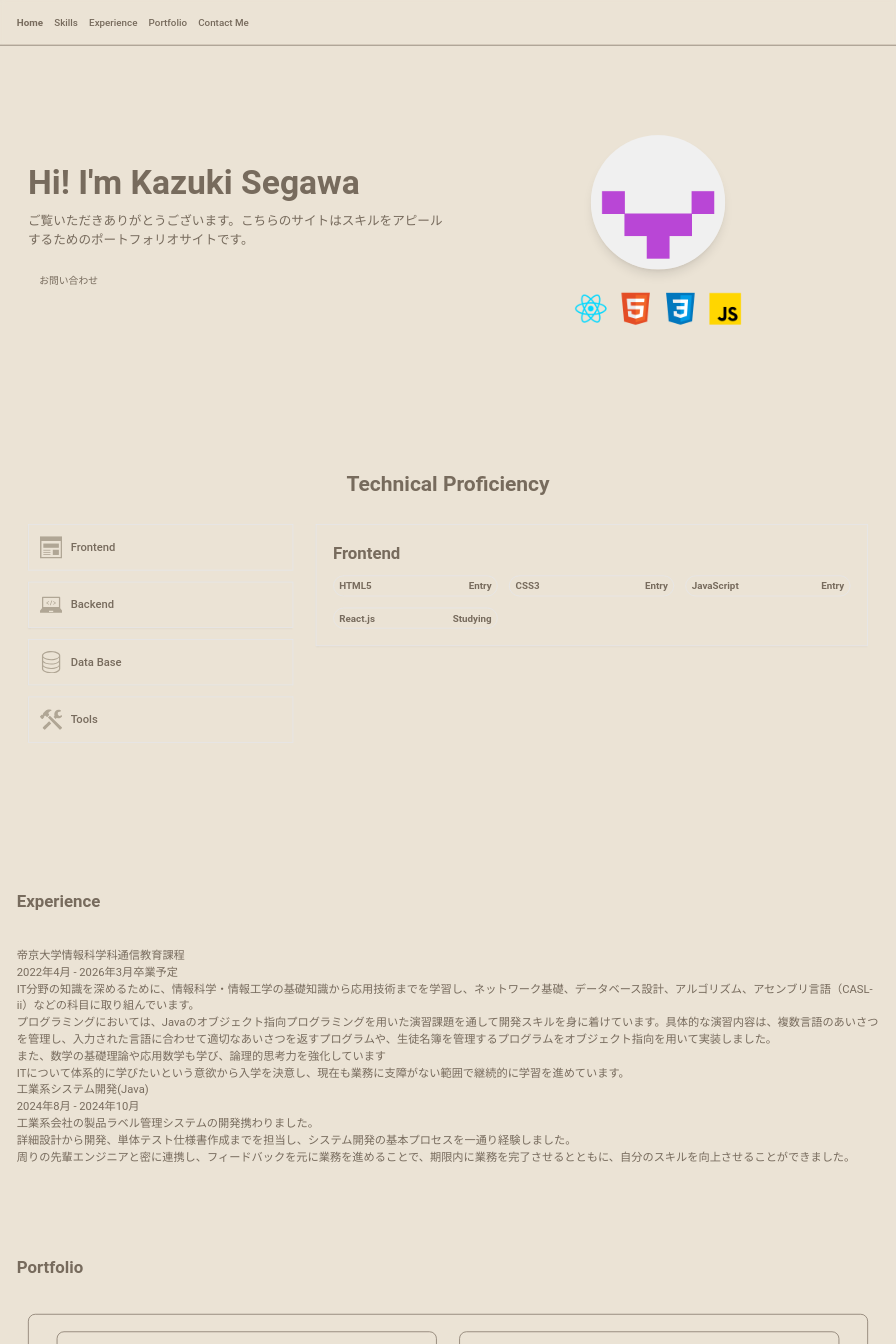
Repository: segawa74/SegawaSite
Page: /
The author's editor kept a copy of each file at every save. The page is drawn from the files as they stood at one save, then again after the next save.
The browser window is 1280 px wide. The pictures show the part of the page from y = 0 to 1920 px (the page is 2830 px tall before and 720 px after), at 70% of full size.
The project was rebuilt for these pictures with package versions that can differ from the ones it lists, and the page was loaded fresh each time. Also part of the build but not shown: vite.config.ts.

Above is the page before, as saved 2024-10-23 19:01:10.

### src/main.tsx
import { StrictMode } from "react";
import { createRoot } from "react-dom/client";
import App from "./App.js";
import "./index.css";
import "slick-carousel/slick/slick.css";
import "slick-carousel/slick/slick-theme.css";

const rootElement = document.getElementById("root");

if (rootElement) {
  createRoot(rootElement).render(
    <StrictMode>
      <App />
    </StrictMode>
  );
} else {
  console.error("Root element not found");
}

### src/App.tsx
import "./App.css";
import Hero from "./components/Hero/Hero";
import Navbar from "./components/Navbar/Navbar";
import Skills from "./components/Skills/Skills";
import Experience from "./components/Experience/Experience";
import Portfolio from "./components/Portfolio/Portfolio";
import ContactMe from "./components/ContactMe/ContactMe";
import Footer from "./components/Footer/Footer";

function App() {
  return (
    <>
      <Navbar />
      <div className="container">
        <Hero />
        <Skills />
        <Experience />
        <Portfolio />
        <ContactMe />
      </div>
      <Footer />
    </>
  );
}

export default App;

### src/index.css
@import url("https://fonts.googleapis.com/css2?family=Material+Symbols+Outlined");

@tailwind base;
@tailwind components;
@tailwind utilities;

* {
  font-family: Roboto, 'Noto Sans JP', sans-serif;
  margin: 0;
  box-sizing: border-box;
}

body {

  color: #776B5D;
  background-color: #EBE3D5;
}

### src/App.css
.container {
  max-width: 1300px !important;
  margin: 0 auto;
  position: relative;
}

@media (max-width: 1300px) {
  .container {
    padding: 0 1.5rem;
  }
}

@media (max-width: 1380px) {
  .container {
    padding: 0 1.5rem;
  }
}

### src/components/Hero/Hero.tsx
import { Button } from "@/components/ui/button";
import { motion } from "framer-motion";

const techIcons = [
  { src: "/assets/images/img01.png", alt: "Technology 1" },
  { src: "/assets/images/img02.png", alt: "Technology 2" },
  { src: "/assets/images/img03.png", alt: "Technology 3" },
  { src: "/assets/images/img04.png", alt: "Technology 4" },
];

const Hero: React.FC = () => {
  return (
    <section id="hero" className="py-20 md:py-32 bg-background">
      <div className="container mx-auto px-4 flex flex-col md:flex-row items-center justify-between">
        <motion.div
          initial={{ opacity: 0, y: 20 }}
          animate={{ opacity: 1, y: 0 }}
          transition={{ duration: 0.5 }}
          className="md:w-1/2 mb-10 md:mb-0"
        >
          <h1 className="text-4xl md:text-5xl font-bold mb-4 text-foreground">
            Hi! I&apos;m Kazuki Segawa
          </h1>
          <p className="text-lg mb-6 text-muted-foreground">
            ご覧いただきありがとうございます。こちらのサイトはスキルをアピールするためのポートフォリオサイトです。
          </p>
          <Button asChild>
            <a href="#contact">お問い合わせ</a>
          </Button>
        </motion.div>

        <motion.div
          initial={{ opacity: 0, scale: 0.9 }}
          animate={{ opacity: 1, scale: 1 }}
          transition={{ duration: 0.5 }}
          className="md:w-1/2 flex flex-col items-center"
        >
          <div className="relative mb-8">
            <img
              src="/assets/images/identicon.png"
              alt="Kazuki Segawa"
              className="w-48 h-48 rounded-full shadow-lg"
            />
          </div>
          <div className="grid grid-cols-4 gap-4">
            {techIcons.map((icon, index) => (
              <motion.div
                key={index}
                initial={{ opacity: 0, y: 20 }}
                animate={{ opacity: 1, y: 0 }}
                transition={{ duration: 0.5, delay: index * 0.1 }}
              >
                <img
                  src={icon.src}
                  alt={icon.alt}
                  className="w-12 h-12 object-contain"
                />
              </motion.div>
            ))}
          </div>
        </motion.div>
      </div>
    </section>
  );
};

export default Hero;

### src/components/Navbar/Navbar.tsx
"use client";

import * as React from "react";
import { Link } from "react-scroll";
import { Menu } from "lucide-react";
import { Button } from "@/components/ui/button";
import { Sheet, SheetContent, SheetTrigger } from "@/components/ui/sheet";
import { cn } from "@/lib/utils";

const menuItems = [
  { name: "Home", to: "hero", offset: -80 },
  { name: "Skills", to: "skills", offset: -120 },
  { name: "Experience", to: "exp", offset: -100 },
  { name: "Portfolio", to: "pf", offset: -100 },
  { name: "Contact Me", to: "contact-me", offset: -100 },
];

export function NavBar() {
  const [activeSection, setActiveSection] = React.useState("");

  const handleSetActive = (to: string) => {
    setActiveSection(to);
  };

  return (
    <nav className="sticky top-0 z-30 w-full backdrop-blur-sm bg-background/80 border-b border-border">
      <div className="container flex h-16 items-center justify-between">
        <div className="flex items-center space-x-4">
          {menuItems.map((item) => (
            <Link
              key={item.to}
              activeClass="text-primary font-semibold"
              to={item.to}
              spy={true}
              smooth={true}
              offset={item.offset}
              onSetActive={() => handleSetActive(item.to)}
              className={cn(
                "text-sm font-medium transition-colors hover:text-primary",
                activeSection === item.to
                  ? "text-primary font-semibold"
                  : "text-muted-foreground"
              )}
            >
              {item.name}
            </Link>
          ))}
        </div>
        <Sheet>
          <SheetTrigger asChild>
            <Button variant="outline" size="icon" className="md:hidden">
              <Menu className="h-5 w-5" />
              <span className="sr-only">Toggle menu</span>
            </Button>
          </SheetTrigger>
          <SheetContent side="right">
            <MobileNav />
          </SheetContent>
        </Sheet>
      </div>
    </nav>
  );
}

function MobileNav() {
  return (
    <div className="flex flex-col space-y-4 mt-4">
      {menuItems.map((item) => (
        <Link
          key={item.to}
          to={item.to}
          spy={true}
          smooth={true}
          offset={item.offset}
          className="text-sm font-medium transition-colors hover:text-primary"
        >
          {item.name}
        </Link>
      ))}
    </div>
  );
}

export default NavBar;

### src/components/Experience/Experience.tsx
import "./Experience.css";
import ExperienceCard from "./ExperienceCard/ExperienceCard";
import { EXPERIENCE } from "../../utils/data";

interface ExperienceDetails {
  title: string;
  date: string;
  responsibilities: string[];
}

const Experience: React.FC = () => {
  return (
    <section id="exp" className="experience-container">
      <h5>Experience</h5>

      <div className="experience-content">
        {EXPERIENCE.map((item: ExperienceDetails) => (
          <ExperienceCard key={item.title} details={item} />
        ))}
      </div>
    </section>
  );
};

export default Experience;

### src/components/Portfolio/Portfolio.tsx
import { useRef } from "react";
import "./Portfolio.css";
import { PORTFOLIO } from "../../utils/data";
import PortfolioCard from "./PortfolioCard/PortfolioCard";
import Slider from "react-slick";

interface PortfolioItem {
  title: string;
}

const Portfolio = () => {
  const sliderRef = useRef<Slider>(null);

  const settings = {
    dots: false,
    infinite: true,
    speed: 500,
    slidesToShow: 2,
    slidesToScroll: 1,
    arrows: true,
    responsive: [
      {
        breakpoint: 769,
        settings: {
          slidesToShow: 1,
          slidesToScroll: 1,
        },
      },
    ],
  };

  return (
    <section id="pf" className="portfolio-container">
      <h5>Portfolio</h5>

      <div className="portfolio-item">
        <Slider ref={sliderRef} {...settings}>
          {PORTFOLIO.map((item: PortfolioItem) => (
            <PortfolioCard key={item.title} details={item} />
          ))}
        </Slider>
      </div>
    </section>
  );
};

export default Portfolio;

### src/components/ContactMe/ContactMe.tsx
import "./ContactMe.css";
import ContactInfoCard from "./ContactInfoCard/ContactInfoCard";

const ContactMe: React.FC = () => {
  return (
    <section id="contact-me" className="contact-container">
      <h5>Contact Me</h5>

      <div className="contact-content">
        <ContactInfoCard
          iconUrl="./assets/images/email-icon.svg"
          text="segawa74dev@gmail.com"
        />
        <a
          href="https://github.com/segawa74"
          target="_blank"
          rel="noopener noreferrer"
        >
          <ContactInfoCard
            iconUrl="./assets/images/github-icon.svg"
            text="https://github.com/segawa74"
          />
        </a>
      </div>
    </section>
  );
};

export default ContactMe;

### src/components/Footer/Footer.tsx
import "./Footer.css";

const Footer: React.FC = () => {
  return <div className="footer"></div>;
};

export default Footer;

### src/components/ui/button.tsx
import * as React from "react"
import { Slot } from "@radix-ui/react-slot"
import { cva, type VariantProps } from "class-variance-authority"

import { cn } from "@/lib/utils"

const buttonVariants = cva(
  "inline-flex items-center justify-center gap-2 whitespace-nowrap rounded-md text-sm font-medium ring-offset-background transition-colors focus-visible:outline-none focus-visible:ring-2 focus-visible:ring-ring focus-visible:ring-offset-2 disabled:pointer-events-none disabled:opacity-50 [&_svg]:pointer-events-none [&_svg]:size-4 [&_svg]:shrink-0",
  {
    variants: {
      variant: {
        default: "bg-primary text-primary-foreground hover:bg-primary/90",
        destructive:
          "bg-destructive text-destructive-foreground hover:bg-destructive/90",
        outline:
          "border border-input bg-background hover:bg-accent hover:text-accent-foreground",
        secondary:
          "bg-secondary text-secondary-foreground hover:bg-secondary/80",
        ghost: "hover:bg-accent hover:text-accent-foreground",
        link: "text-primary underline-offset-4 hover:underline",
      },
      size: {
        default: "h-10 px-4 py-2",
        sm: "h-9 rounded-md px-3",
        lg: "h-11 rounded-md px-8",
        icon: "h-10 w-10",
      },
    },
    defaultVariants: {
      variant: "default",
      size: "default",
    },
  }
)

export interface ButtonProps
  extends React.ButtonHTMLAttributes<HTMLButtonElement>,
    VariantProps<typeof buttonVariants> {
  asChild?: boolean
}

const Button = React.forwardRef<HTMLButtonElement, ButtonProps>(
  ({ className, variant, size, asChild = false, ...props }, ref) => {
    const Comp = asChild ? Slot : "button"
    return (
      <Comp
        className={cn(buttonVariants({ variant, size, className }))}
        ref={ref}
        {...props}
      />
    )
  }
)
Button.displayName = "Button"

export { Button, buttonVariants }

### src/components/ui/card.tsx
import * as React from "react"

import { cn } from "@/lib/utils"

const Card = React.forwardRef<
  HTMLDivElement,
  React.HTMLAttributes<HTMLDivElement>
>(({ className, ...props }, ref) => (
  <div
    ref={ref}
    className={cn(
      "rounded-lg border bg-card text-card-foreground shadow-sm",
      className
    )}
    {...props}
  />
))
Card.displayName = "Card"

const CardHeader = React.forwardRef<
  HTMLDivElement,
  React.HTMLAttributes<HTMLDivElement>
>(({ className, ...props }, ref) => (
  <div
    ref={ref}
    className={cn("flex flex-col space-y-1.5 p-6", className)}
    {...props}
  />
))
CardHeader.displayName = "CardHeader"

const CardTitle = React.forwardRef<
  HTMLParagraphElement,
  React.HTMLAttributes<HTMLHeadingElement>
>(({ className, ...props }, ref) => (
  <h3
    ref={ref}
    className={cn(
      "text-2xl font-semibold leading-none tracking-tight",
      className
    )}
    {...props}
  />
))
CardTitle.displayName = "CardTitle"

const CardDescription = React.forwardRef<
  HTMLParagraphElement,
  React.HTMLAttributes<HTMLParagraphElement>
>(({ className, ...props }, ref) => (
  <p
    ref={ref}
    className={cn("text-sm text-muted-foreground", className)}
    {...props}
  />
))
CardDescription.displayName = "CardDescription"

const CardContent = React.forwardRef<
  HTMLDivElement,
  React.HTMLAttributes<HTMLDivElement>
>(({ className, ...props }, ref) => (
  <div ref={ref} className={cn("p-6 pt-0", className)} {...props} />
))
CardContent.displayName = "CardContent"

const CardFooter = React.forwardRef<
  HTMLDivElement,
  React.HTMLAttributes<HTMLDivElement>
>(({ className, ...props }, ref) => (
  <div
    ref={ref}
    className={cn("flex items-center p-6 pt-0", className)}
    {...props}
  />
))
CardFooter.displayName = "CardFooter"

export { Card, CardHeader, CardFooter, CardTitle, CardDescription, CardContent }

### src/components/ui/badge.tsx
import * as React from "react"
import { cva, type VariantProps } from "class-variance-authority"

import { cn } from "@/lib/utils"

const badgeVariants = cva(
  "inline-flex items-center rounded-full border px-2.5 py-0.5 text-xs font-semibold transition-colors focus:outline-none focus:ring-2 focus:ring-ring focus:ring-offset-2",
  {
    variants: {
      variant: {
        default:
          "border-transparent bg-primary text-primary-foreground hover:bg-primary/80",
        secondary:
          "border-transparent bg-secondary text-secondary-foreground hover:bg-secondary/80",
        destructive:
          "border-transparent bg-destructive text-destructive-foreground hover:bg-destructive/80",
        outline: "text-foreground",
      },
    },
    defaultVariants: {
      variant: "default",
    },
  }
)

export interface BadgeProps
  extends React.HTMLAttributes<HTMLDivElement>,
    VariantProps<typeof badgeVariants> {}

function Badge({ className, variant, ...props }: BadgeProps) {
  return (
    <div className={cn(badgeVariants({ variant }), className)} {...props} />
  )
}

export { Badge, badgeVariants }

### src/components/Experience/Experience.css
.experience-container {
  margin: 8rem 0;
  position: relative;
}

.experience-container h5 {
  font-size: 1.5rem;
  font-weight: 600;
  margin-bottom: 3rem;
}

@media (max-width: 768px) {
  .experience-container {
    margin: 4rem 0;
  }

  .experience-container h5 {
    font-size: 1.3rem;
    margin-bottom: 2rem;
  }
}

### src/components/Experience/ExperienceCard/ExperienceCard.tsx
import { Card, CardContent, CardHeader, CardTitle } from "@/components/ui/card";
import { Badge } from "@/components/ui/badge";

interface ExperienceDetails {
  title: string;
  date: string;
  responsibilities: string[];
}

interface ExperienceCardProps {
  details: ExperienceDetails;
}

const ExperienceCard: React.FC<ExperienceCardProps> = ({ details }) => {
  return (
    <div className="experience-card">
      <h6>{details.title}</h6>

      <div className="duration">{details.date}</div>

      <ul>
        {details.responsibilities.map((item) => (
          <li key={item}>{item}</li>
        ))}
      </ul>
    </div>
  );
};

export default ExperienceCard;

### src/components/Portfolio/Portfolio.css
.portfolio-container {
  margin: 8rem 0;
  position: relative;
}

.portfolio-container h5 {
  font-size: 1.5rem;
  font-weight: 600;
  margin-bottom: 3rem;
}

.portfolio-item {
  background: #EBE3D5;
  border-radius: 0.65rem;
  border: 1.5px solid #776B5D;
  padding: 1.5rem;
  margin: 0 1rem;
}

.portfolio-item h6 {
  font-size: 1.05rem;
  font-weight: 500;
  margin-bottom: 0.7rem;
}

.portfolio-item ul li {
  list-style: none;
  font-size: 0.8rem;
  font-weight: 400;
  margin-bottom: 0.5rem;
  position: relative;
}

@media (max-width: 768px) {
  .portfolio-item {
    margin: 0;
  }

  .portfolio-item h6 {
    font-size: 0.95rem;
  }

  .portfolio-item ul li {
    font-size: 0.75rem;
  }

  .portfolio-container {
    margin: 4rem 0;
  }

  .portfolio-container h5 {
    font-size: 1.3rem;
    margin-bottom: 2rem;
  }
}

### src/components/Portfolio/PortfolioCard/PortfolioCard.tsx
import "./PortfolioCard.css";

interface PortfolioCardProps {
  details: {
    link: string;
    title: string;
    img: string;
    comment?: string;
  };
}

const PortfolioCard: React.FC<PortfolioCardProps> = ({ details }) => {
  return (
    <div className="portfolio-card">
      <a href={details.link} target="_blank" rel="noopener noreferrer">
        <h6>{details.title}</h6>

        <img src={details.img} alt={details.title} />
        {details.comment}
      </a>
    </div>
  );
};

export default PortfolioCard;

### src/components/ContactMe/ContactMe.css
.contact-container {
  margin: 4rem 0;
  position: relative;
}

.contact-container h5 {
  font-size: 1.5rem;
  font-weight: 600;
  margin-bottom: 3rem;
}

.contact-content {
  display: grid;
  grid-template-columns: repeat(2, 1fr);
  gap: 3rem;
}


.contact-content a {
  color: inherit;
  text-decoration: none;
}

@media (max-width: 768px) {
  .contact-content {
    grid-template-columns: 1fr;
  }

  .contact-container h5 {
    font-size: 1.3rem;
    margin-bottom: 1.5rem;
  }
}

### src/components/ContactMe/ContactInfoCard/ContactInfoCard.tsx
import "./ContactInfoCard.css";

interface ContactInfoCardProps {
  iconUrl: string;
  text: string;
}

const ContactInfoCard: React.FC<ContactInfoCardProps> = ({ iconUrl, text }) => {
  return (
    <div className="contact-details-card">
      <div className="icon">
        <img src={iconUrl} alt={text} />
      </div>
      <p>{text}</p>
    </div>
  );
};

export default ContactInfoCard;

### src/components/Footer/Footer.css
.footer {
    font-size: 0.8rem;
    text-align: center;
    background: #776B5D;
    padding: 1rem;
}

### src/components/Portfolio/PortfolioCard/PortfolioCard.css
.portfolio-card {
    background: #EBE3D5;
    border-radius: 0.65rem;
    border: 1.5px solid #776B5D;
    padding: 1.5rem;
    margin: 0 1rem;
}

.portfolio-card h6 {
    font-size: 1.05rem;
    font-weight: 500;
    margin-bottom: 0.7rem;
}

.portfolio-card ul li {
    list-style: none;
    font-size: 0.8rem;
    font-weight: 400;
    margin-bottom: 0.5rem;
    position: relative;
}

.portfolio-card img {
    width: 100%;
    border-radius: 0.65rem;
    border: 1.5px solid #776B5D;
}

.portfolio-card a {
    color: inherit;
    text-decoration: none;
}

@media (max-width: 768px) {
    .portfolio-card {
        margin: 0;
    }

    .portfolio-card h6 {
        font-size: 0.95rem;
    }

    .portfolio-card ul li {
        font-size: 0.75rem;
    }
}

### src/components/ContactMe/ContactInfoCard/ContactInfoCard.css
.contact-details-card {
  display: flex;
  flex-direction: column;
  align-items: center;
  justify-content: space-around;
  background: #EBE3D5;
  border-radius: 0.65rem;
  border: 1.5px solid #776B5D;
  padding: 1.5rem;
  margin-bottom: 2rem;
}

.contact-details-card .icon {
  width: 4rem;
  height: 4rem;
  display: flex;
  align-items: center;
  justify-content: center;
  border-radius: 0.5rem;
  background: #EBE3D5;
  border-radius: 0.65rem;
  border: 1.5px solid #776B5D;
  margin-bottom: 0.8rem;
}

.icon img {
  width: 1.8rem;
  height: auto;
  object-fit: contain;
}

.contact-details-card p {
  font-size: 0.9rem;
  font-weight: 400;
  text-align: center;
}

@media (max-width: 400px) {
  .contact-details-card p {
    font-size: 0.8rem;
  }
}

Loaded but not shown: index.html (common file); src/lib/utils.ts (common file); tailwind.config.js (57 lines, source omitted); src/components/ui/sheet.tsx (138 lines, source omitted); src/components/Skills/Skills.tsx (101 lines, source omitted); src/utils/data.ts (101 lines, source omitted)

After the next save:
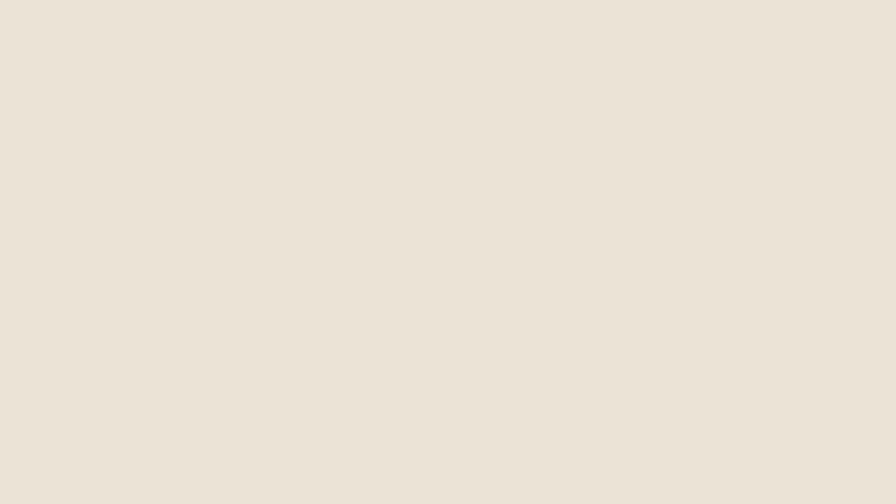
Console error: ReferenceError: EXPERIENCE is not defined
Saved 39 s later.
--- a/src/components/Experience/ExperienceCard/ExperienceCard.tsx
+++ b/src/components/Experience/ExperienceCard/ExperienceCard.tsx
@@ -13,17 +13,16 @@
 
 const ExperienceCard: React.FC<ExperienceCardProps> = ({ details }) => {
   return (
-    <div className="experience-card">
-      <h6>{details.title}</h6>
-
-      <div className="duration">{details.date}</div>
-
-      <ul>
-        {details.responsibilities.map((item) => (
-          <li key={item}>{item}</li>
-        ))}
-      </ul>
-    </div>
+    <section id="exp" className="py-20 bg-muted">
+      <div className="container mx-auto px-4">
+        <h2 className="text-3xl font-bold text-center mb-10">Experience</h2>
+        <div className="grid gap-6 md:grid-cols-2 lg:grid-cols-3">
+          {EXPERIENCE.map((item, index) => (
+            <ExperienceCard key={index} details={item} />
+          ))}
+        </div>
+      </div>
+    </section>
   );
 };
 

After the save that followed:
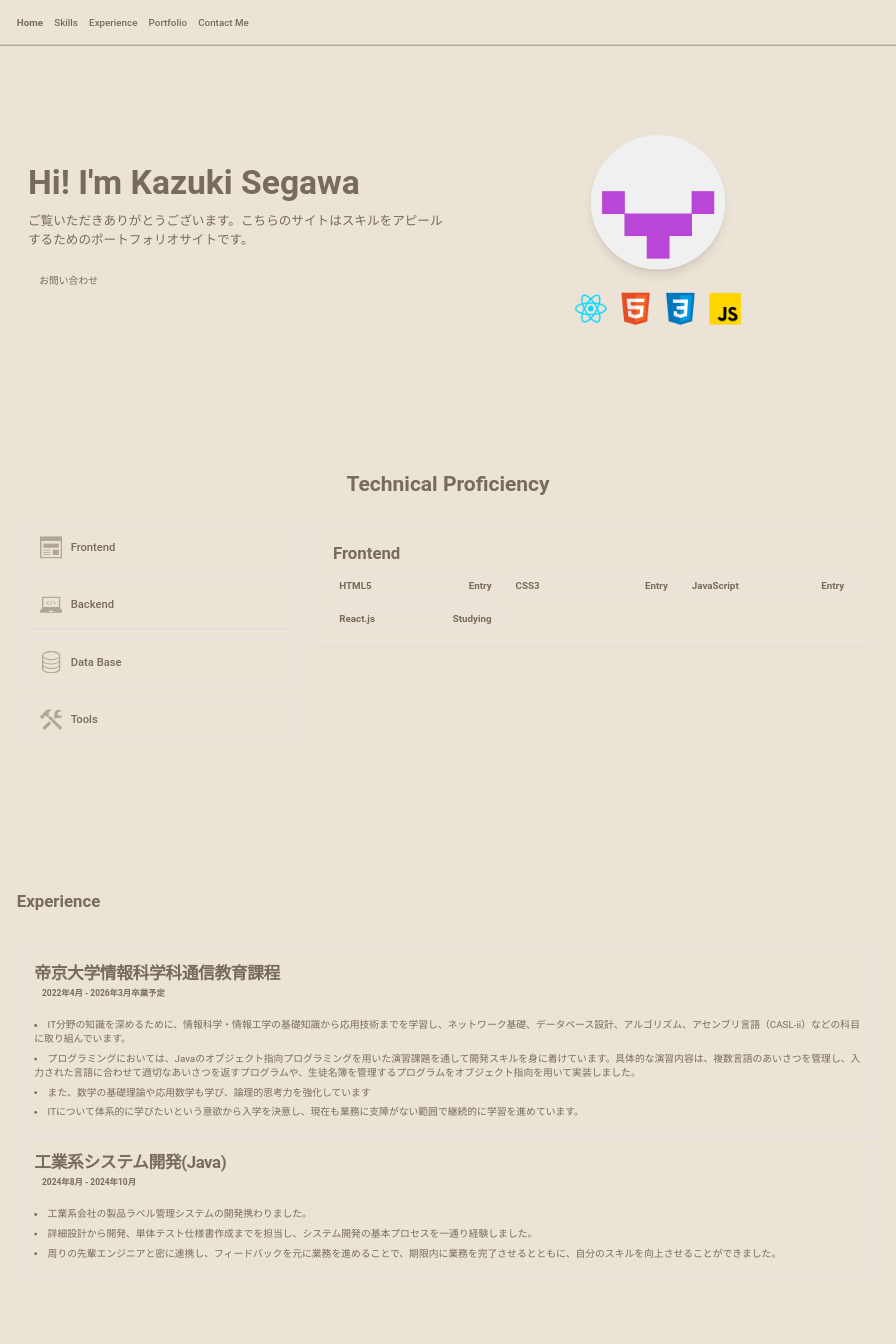
The error is gone.
Saved 21 s later.
--- a/src/components/Experience/ExperienceCard/ExperienceCard.tsx
+++ b/src/components/Experience/ExperienceCard/ExperienceCard.tsx
@@ -11,19 +11,25 @@
   details: ExperienceDetails;
 }
 
-const ExperienceCard: React.FC<ExperienceCardProps> = ({ details }) => {
+function ExperienceCard({ details }: { details: ExperienceDetails }) {
   return (
-    <section id="exp" className="py-20 bg-muted">
-      <div className="container mx-auto px-4">
-        <h2 className="text-3xl font-bold text-center mb-10">Experience</h2>
-        <div className="grid gap-6 md:grid-cols-2 lg:grid-cols-3">
-          {EXPERIENCE.map((item, index) => (
-            <ExperienceCard key={index} details={item} />
+    <Card className="h-full">
+      <CardHeader>
+        <CardTitle>{details.title}</CardTitle>
+        <Badge variant="secondary" className="w-fit">
+          {details.date}
+        </Badge>
+      </CardHeader>
+      <CardContent>
+        <ul className="list-disc list-inside space-y-2">
+          {details.responsibilities.map((item, index) => (
+            <li key={index} className="text-sm text-muted-foreground">
+              {item}
+            </li>
           ))}
-        </div>
-      </div>
-    </section>
+        </ul>
+      </CardContent>
+    </Card>
   );
-};
-
+}
 export default ExperienceCard;
